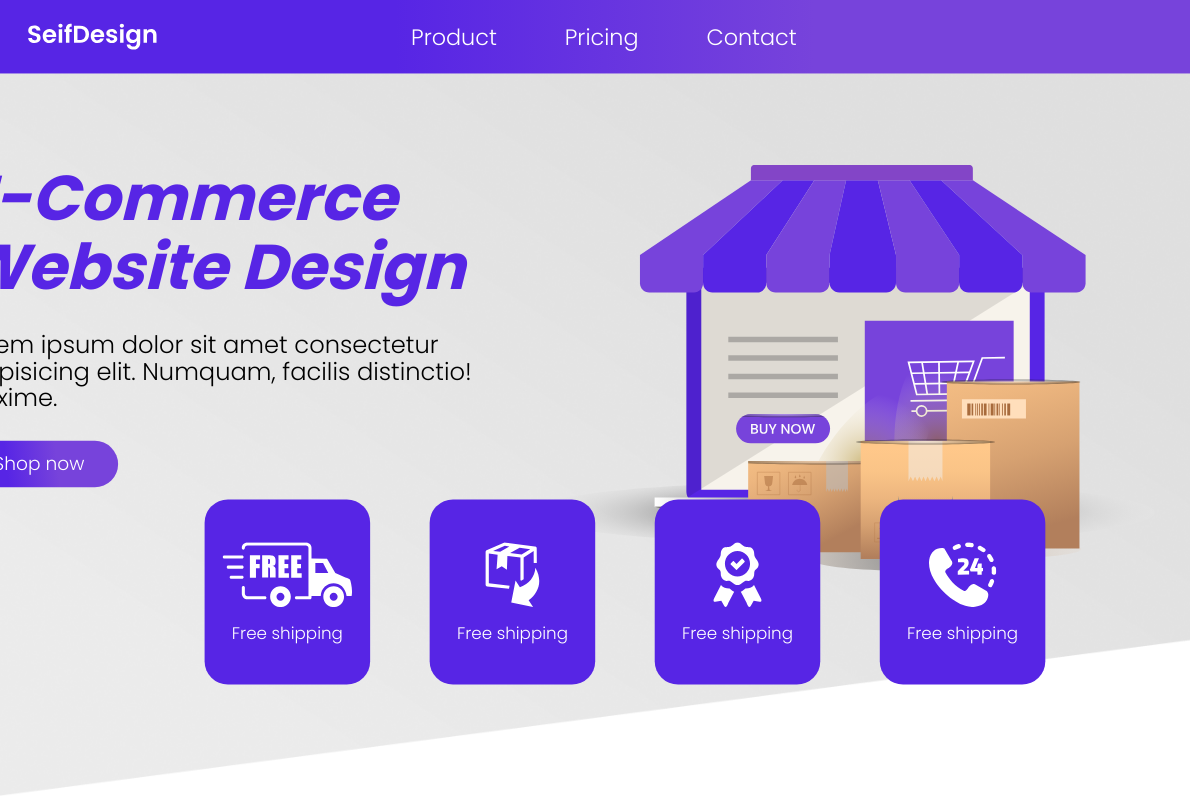
Repository: simralgasimov/newpage
Page: index.html
These files come from the project's save history. The page is drawn as it stood at one moment and after the next save; the edit follows.
The browser window is 1280 px wide. The pictures show the whole page, at 93% of full size.
The style sheet was rebuilt from its Sass, Less or Tailwind sources for each picture, by a compiler version that may differ from the author's.

Above is the page before, as saved 2023-12-13 14:59:18.
Not found: index.js

After the next save:
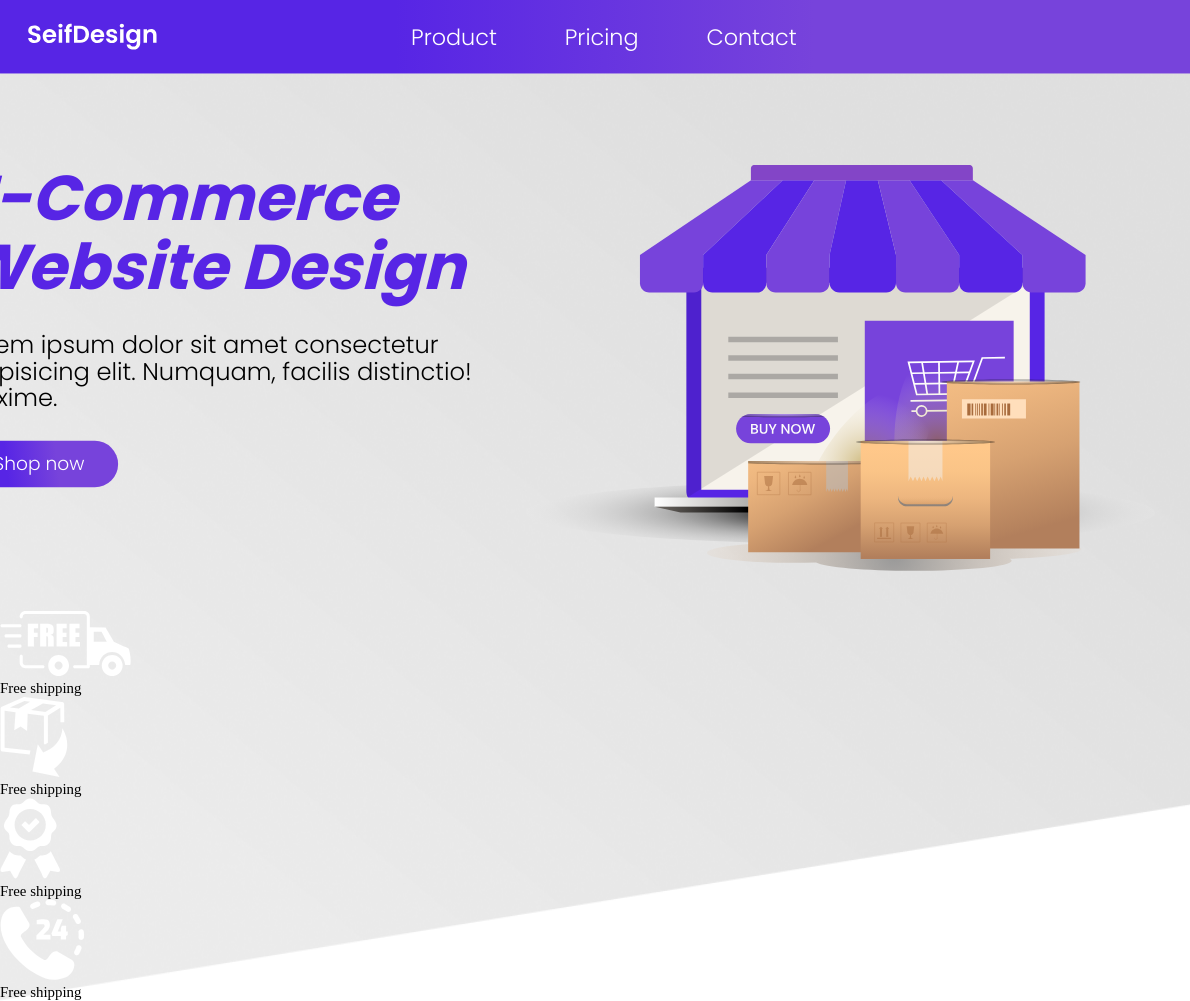
Saved 6 s later.
--- a/index.html
+++ b/index.html
@@ -36,7 +36,7 @@
             <img class="house-img" src=".//image/Group (1).svg" alt="" />
 
         </div>
-        <div class="page-2">
+
           <ul>
             <li>
               <img src="./image/Group (2).svg" alt="" />

After the 2 saves that followed:
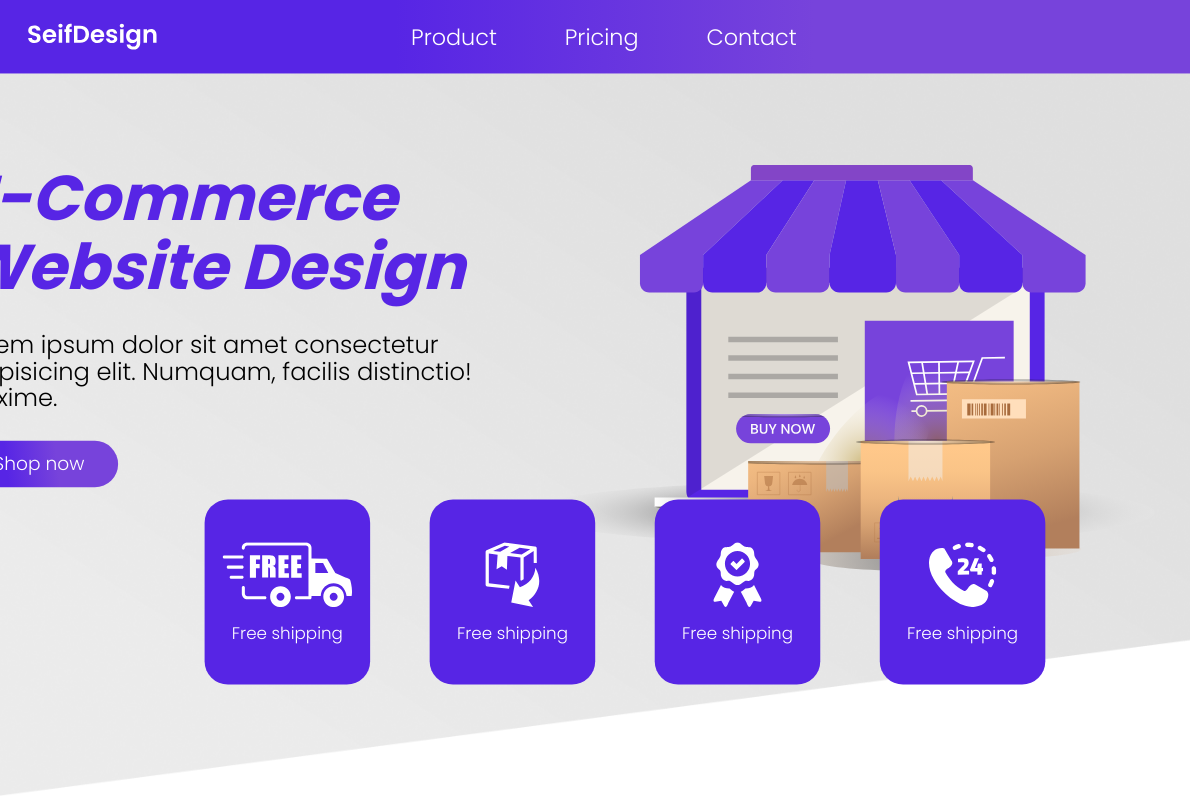
The 2 saves are shown as one change because they came seconds apart.
The last was saved 9 s later.
--- a/index.scss
+++ b/index.scss
@@ -118,7 +118,7 @@
             }
 
     }
-    .page-2 {
+
         ul {
             display: flex;
             justify-content: center;
@@ -155,5 +155,5 @@
                 }
             }
         }
-    }
+
 }
